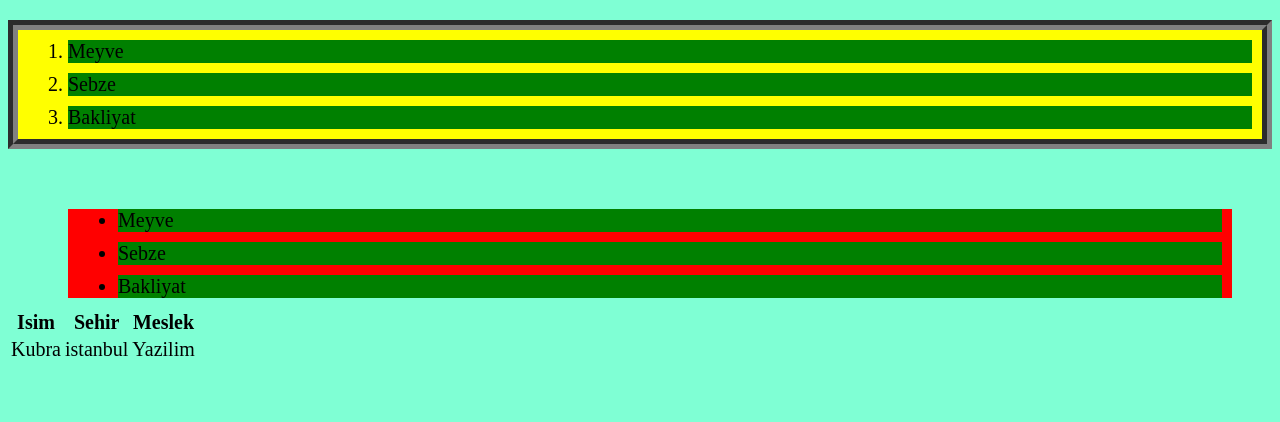
Repository: Kubraaygun/Html_Css_Login
Page: index.html
These files come from the project's save history. The page is drawn as it stood at one moment and after the next save; the edit follows.
The browser window is 1280 px wide. The pictures show the whole page.

Above is the page before, as saved 2025-03-04 18:17:54.

After the next save:
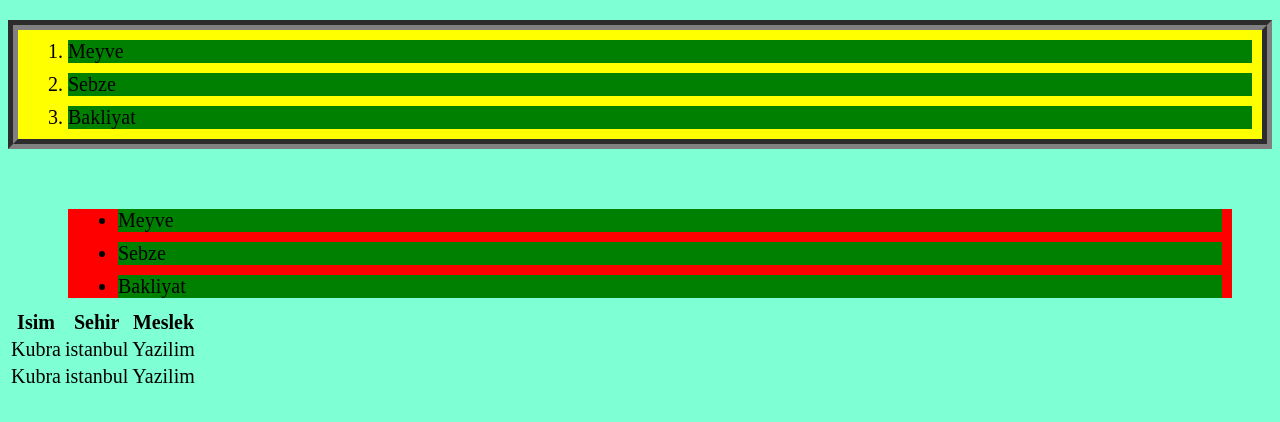
Saved 23 s later.
--- a/index.html
+++ b/index.html
@@ -32,6 +32,11 @@
         <td>istanbul</td>
         <td>Yazilim</td>
       </tr>
+      <tr>
+        <td>Kubra</td>
+        <td>istanbul</td>
+        <td>Yazilim</td>
+      </tr>
     </table>
   </body>
 </html>
